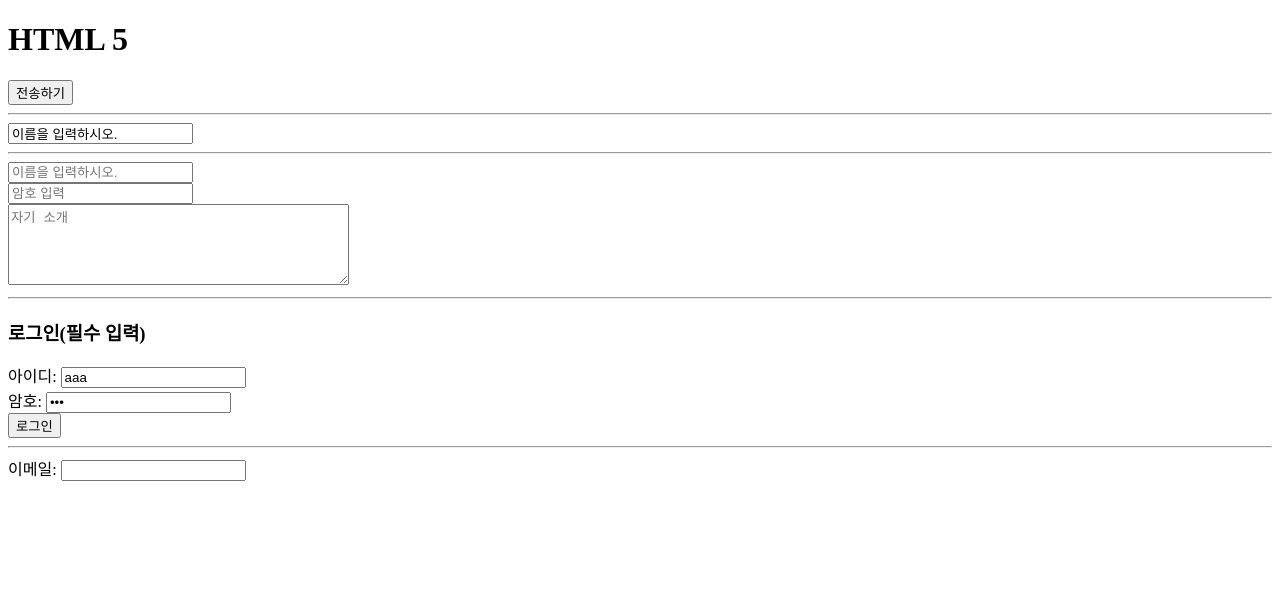
Repository: sinsujung/client
Page: ClientTest/src/main/webapp/html/ex19.html
These files come from the project's save history. The page is drawn as it stood at one moment and after the next save; the edit follows.
The browser window is 1280 px wide. The pictures show the whole page.

Above is the page before, as saved 2023-09-21 08:20:27.

### ClientTest/src/main/webapp/html/ex19.html
<!DOCTYPE html>
<html>
<head>
<meta charset="UTF-8">
<title>Insert title here</title>
</head>
<body>
	<!-- ex19.html -->

	<h1>HTML 5</h1>

	<form metod="POST" action="ex18_server.jsp">

		<input type="submit" value="전송하기">
		<hr>

	<input type="text"
		value="이름을 입력하시오."
		onfocus="this.value='';">

	<hr>

	<input type="text" placeholder="이름을 입력하시오.">
	<br>
	<input type="password" placeholder="암호 입력">
	<br>
	<textarea cols="40" rows="5" placeholder="자기 소개"></textarea>

	<hr>

	<h3>로그인(필수 입력)</h3>
	아이디: <input type="text" required value="aaa"><br>
	암호: <input type="password" required value="111"><br>
	<input type="submit" value="로그인">

	<hr>

	이메일: <input type="email">
	</form>
</body>
</html>

After the next save:
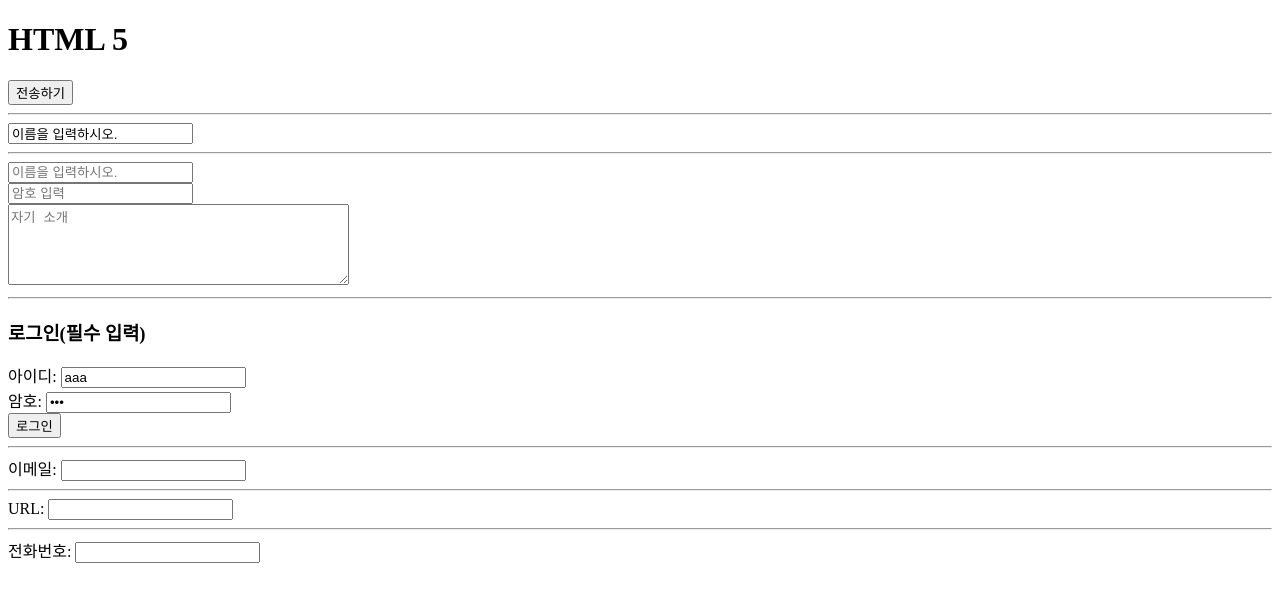
Saved 92 s later.
--- a/ClientTest/src/main/webapp/html/ex19.html
+++ b/ClientTest/src/main/webapp/html/ex19.html
@@ -36,6 +36,14 @@
 	<hr>
 
 	이메일: <input type="email">
+
+	<hr>
+
+	URL: <input type="url">
+
+	<hr>
+
+	전화번호: <input type="tel">
 	</form>
 </body>
 </html>
